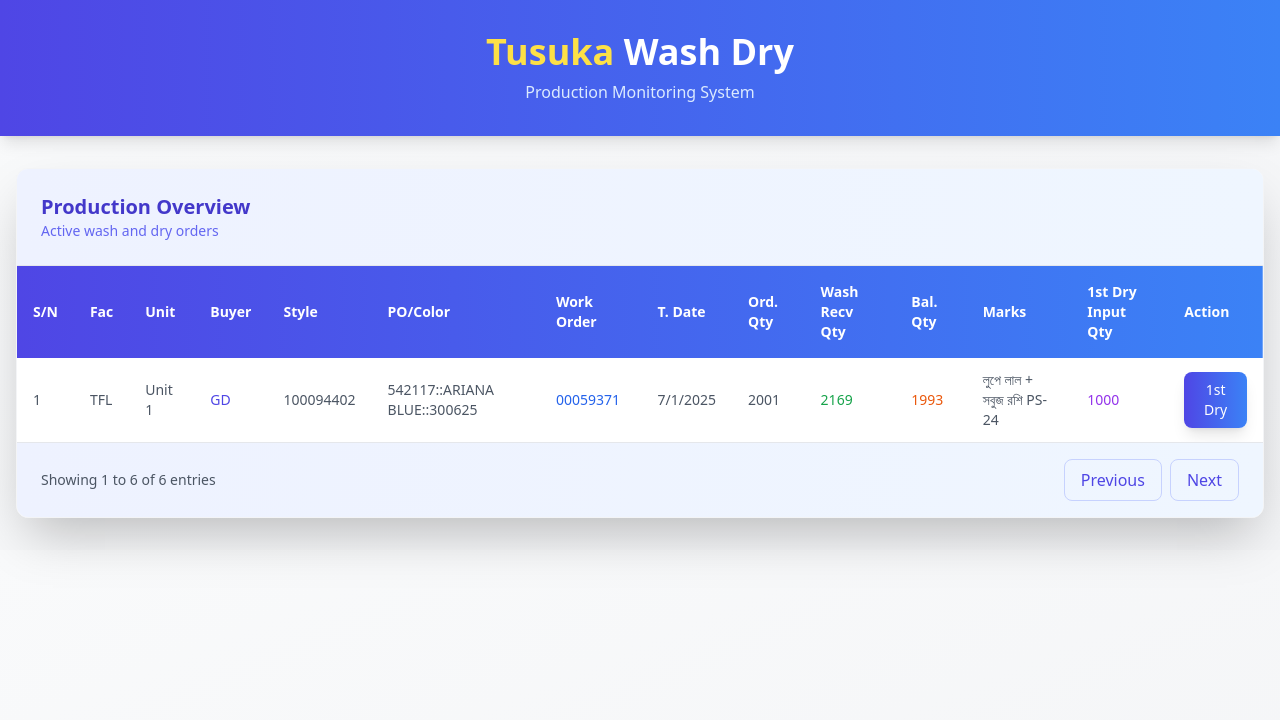
Repository: AhmedMuktadir14218/TusukaDryWash
Page: index.html
An editor plug-in stored every save of this project. The page is shown before and after the next save, followed by the edit.
The browser window is 1280 px wide. The pictures show the whole page.
Some web libraries are served in a nearby version.

Above is the page before, as saved 2025-06-29 15:12:38.

After the next save:
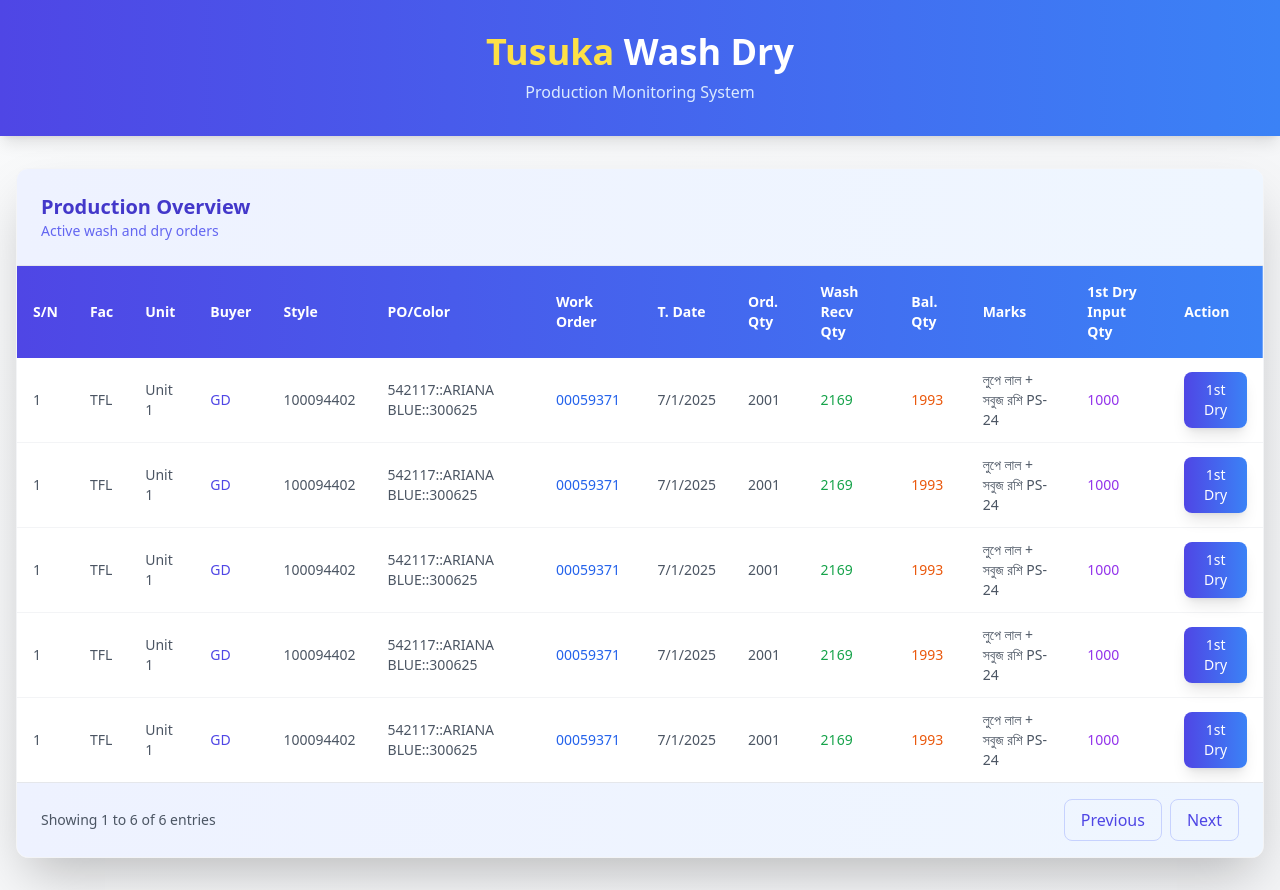
Saved 45 s later.
--- a/index.html
+++ b/index.html
@@ -66,6 +66,86 @@
                                 </button>
                             </td>
                         </tr>
+                        <tr class="hover:bg-indigo-50 transition-all duration-200">
+                            <td class="px-4 py-3 text-gray-600">1</td>
+                            <td class="px-4 py-3 text-gray-600">TFL</td>
+                            <td class="px-4 py-3 text-gray-600">Unit 1</td>
+                            <td class="px-4 py-3 font-medium text-indigo-600">GD</td>
+                            <td class="px-4 py-3 text-gray-600">100094402</td>
+                            <td class="px-4 py-3 text-gray-600">542117::ARIANA BLUE::300625</td>
+                            <td class="px-4 py-3 text-blue-600 font-medium">00059371</td>
+                            <td class="px-4 py-3 text-gray-600">7/1/2025</td>
+                            <td class="px-4 py-3 text-gray-600">2001</td>
+                            <td class="px-4 py-3 font-medium text-green-600">2169</td>
+                            <td class="px-4 py-3 font-medium text-orange-600">1993</td>
+                            <td class="px-4 py-3 text-gray-600">লুপে লাল + সবুজ রশি PS-24</td>
+                            <td class="px-4 py-3 font-medium text-purple-600">1000</td>
+                            <td class="px-4 py-3">
+                                <button class="bg-gradient-to-r from-indigo-600 to-blue-500 hover:from-indigo-700 hover:to-blue-600 text-white px-4 py-2 rounded-lg text-sm font-medium transition-all duration-200 shadow-lg hover:shadow-xl transform hover:-translate-y-0.5">
+                                    1st Dry
+                                </button>
+                            </td>
+                        </tr>
+                        <tr class="hover:bg-indigo-50 transition-all duration-200">
+                            <td class="px-4 py-3 text-gray-600">1</td>
+                            <td class="px-4 py-3 text-gray-600">TFL</td>
+                            <td class="px-4 py-3 text-gray-600">Unit 1</td>
+                            <td class="px-4 py-3 font-medium text-indigo-600">GD</td>
+                            <td class="px-4 py-3 text-gray-600">100094402</td>
+                            <td class="px-4 py-3 text-gray-600">542117::ARIANA BLUE::300625</td>
+                            <td class="px-4 py-3 text-blue-600 font-medium">00059371</td>
+                            <td class="px-4 py-3 text-gray-600">7/1/2025</td>
+                            <td class="px-4 py-3 text-gray-600">2001</td>
+                            <td class="px-4 py-3 font-medium text-green-600">2169</td>
+                            <td class="px-4 py-3 font-medium text-orange-600">1993</td>
+                            <td class="px-4 py-3 text-gray-600">লুপে লাল + সবুজ রশি PS-24</td>
+                            <td class="px-4 py-3 font-medium text-purple-600">1000</td>
+                            <td class="px-4 py-3">
+                                <button class="bg-gradient-to-r from-indigo-600 to-blue-500 hover:from-indigo-700 hover:to-blue-600 text-white px-4 py-2 rounded-lg text-sm font-medium transition-all duration-200 shadow-lg hover:shadow-xl transform hover:-translate-y-0.5">
+                                    1st Dry
+                                </button>
+                            </td>
+                        </tr>
+                        <tr class="hover:bg-indigo-50 transition-all duration-200">
+                            <td class="px-4 py-3 text-gray-600">1</td>
+                            <td class="px-4 py-3 text-gray-600">TFL</td>
+                            <td class="px-4 py-3 text-gray-600">Unit 1</td>
+                            <td class="px-4 py-3 font-medium text-indigo-600">GD</td>
+                            <td class="px-4 py-3 text-gray-600">100094402</td>
+                            <td class="px-4 py-3 text-gray-600">542117::ARIANA BLUE::300625</td>
+                            <td class="px-4 py-3 text-blue-600 font-medium">00059371</td>
+                            <td class="px-4 py-3 text-gray-600">7/1/2025</td>
+                            <td class="px-4 py-3 text-gray-600">2001</td>
+                            <td class="px-4 py-3 font-medium text-green-600">2169</td>
+                            <td class="px-4 py-3 font-medium text-orange-600">1993</td>
+                            <td class="px-4 py-3 text-gray-600">লুপে লাল + সবুজ রশি PS-24</td>
+                            <td class="px-4 py-3 font-medium text-purple-600">1000</td>
+                            <td class="px-4 py-3">
+                                <button class="bg-gradient-to-r from-indigo-600 to-blue-500 hover:from-indigo-700 hover:to-blue-600 text-white px-4 py-2 rounded-lg text-sm font-medium transition-all duration-200 shadow-lg hover:shadow-xl transform hover:-translate-y-0.5">
+                                    1st Dry
+                                </button>
+                            </td>
+                        </tr>
+                        <tr class="hover:bg-indigo-50 transition-all duration-200">
+                            <td class="px-4 py-3 text-gray-600">1</td>
+                            <td class="px-4 py-3 text-gray-600">TFL</td>
+                            <td class="px-4 py-3 text-gray-600">Unit 1</td>
+                            <td class="px-4 py-3 font-medium text-indigo-600">GD</td>
+                            <td class="px-4 py-3 text-gray-600">100094402</td>
+                            <td class="px-4 py-3 text-gray-600">542117::ARIANA BLUE::300625</td>
+                            <td class="px-4 py-3 text-blue-600 font-medium">00059371</td>
+                            <td class="px-4 py-3 text-gray-600">7/1/2025</td>
+                            <td class="px-4 py-3 text-gray-600">2001</td>
+                            <td class="px-4 py-3 font-medium text-green-600">2169</td>
+                            <td class="px-4 py-3 font-medium text-orange-600">1993</td>
+                            <td class="px-4 py-3 text-gray-600">লুপে লাল + সবুজ রশি PS-24</td>
+                            <td class="px-4 py-3 font-medium text-purple-600">1000</td>
+                            <td class="px-4 py-3">
+                                <button class="bg-gradient-to-r from-indigo-600 to-blue-500 hover:from-indigo-700 hover:to-blue-600 text-white px-4 py-2 rounded-lg text-sm font-medium transition-all duration-200 shadow-lg hover:shadow-xl transform hover:-translate-y-0.5">
+                                    1st Dry
+                                </button>
+                            </td>
+                        </tr>
                         <!-- Add similar styling for other rows -->
                     </tbody>
                 </table>
